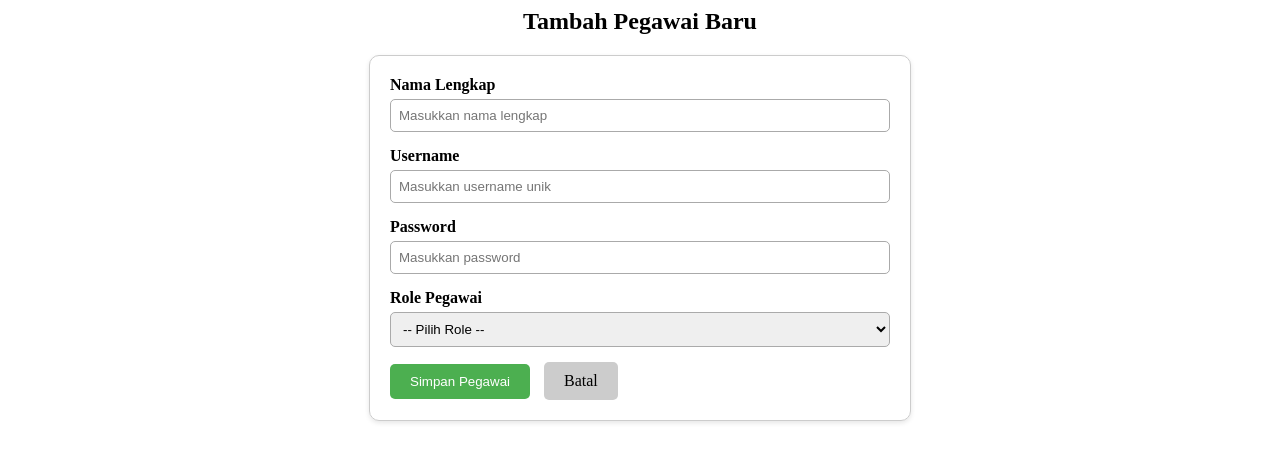
Repository: Fadlan079/FinalProject-RentalMobil
Page: http://localhost/App/Views/components/Pegawai/Admin/user-insert.php
The author's editor kept a copy of each file at every save. The page is drawn from the files as they stood at one save, then again after the next save.
The browser window is 1280 px wide. The pictures show the whole page.
The page is run by PHP 8.4 with error messages shown; the project is at /var/www/html/.

Above is the page before, as saved 2025-11-12 13:23:08.

### App/Views/components/Pegawai/Admin/user-insert.php
<h2 style="text-align:center;">Tambah Pegawai Baru</h2>

<form action="index.php?action=store-pegawai" method="POST"
      style="max-width:500px; margin:auto; border:1px solid #ccc; padding:20px; border-radius:10px; box-shadow:0 2px 5px rgba(0,0,0,0.1);">

    <label for="nama"><b>Nama Lengkap</b></label><br>
    <input type="text" id="nama" name="nama" placeholder="Masukkan nama lengkap"
           required style="width:100%; padding:8px; margin:5px 0 15px 0; border:1px solid #aaa; border-radius:5px;">

    <label for="username"><b>Username</b></label><br>
    <input type="text" id="username" name="username" placeholder="Masukkan username unik"
           required style="width:100%; padding:8px; margin:5px 0 15px 0; border:1px solid #aaa; border-radius:5px;">

    <label for="password"><b>Password</b></label><br>
    <input type="password" id="password" name="password" placeholder="Masukkan password"
           required style="width:100%; padding:8px; margin:5px 0 15px 0; border:1px solid #aaa; border-radius:5px;">

    <label for="role"><b>Role Pegawai</b></label><br>
    <select id="role" name="role" required
            style="width:100%; padding:8px; margin:5px 0 15px 0; border:1px solid #aaa; border-radius:5px;">
        <option value="">-- Pilih Role --</option>
        <option value="admin">Admin</option>
        <option value="cs">Customer Service</option>
    </select>

    <button type="submit"
            style="background-color:#4CAF50; color:white; padding:10px 20px; border:none; border-radius:5px; cursor:pointer;">
        Simpan Pegawai
    </button>

    <a href="index.php?action=list-pegawai"
       style="display:inline-block; margin-left:10px; padding:10px 20px; background-color:#ccc; color:black; border-radius:5px; text-decoration:none;">
       Batal
    </a>
</form>

After the next save:
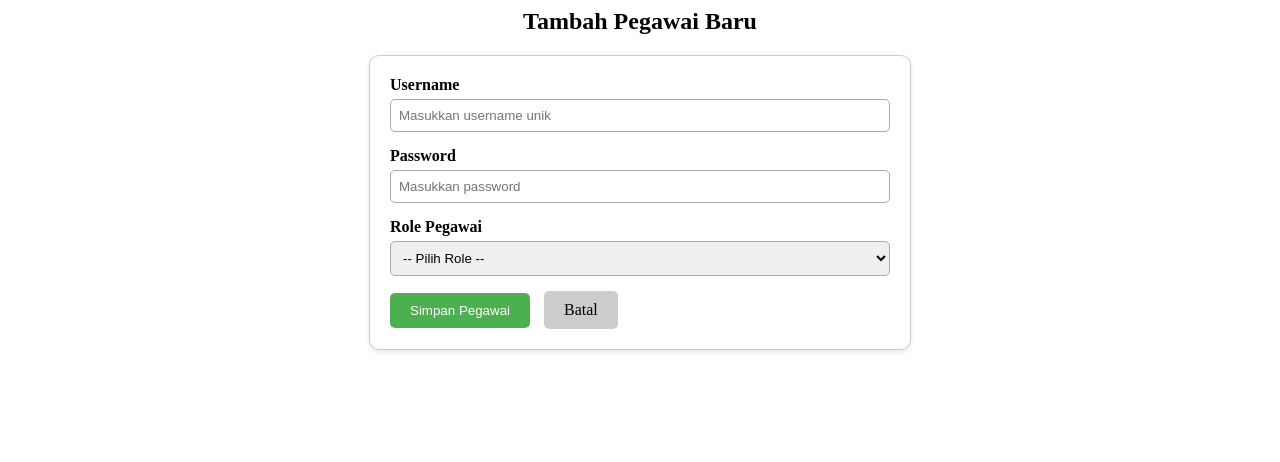
Saved 16 s later.
--- a/App/Views/components/Pegawai/Admin/user-insert.php
+++ b/App/Views/components/Pegawai/Admin/user-insert.php
@@ -2,10 +2,6 @@
 
 <form action="index.php?action=store-pegawai" method="POST"
       style="max-width:500px; margin:auto; border:1px solid #ccc; padding:20px; border-radius:10px; box-shadow:0 2px 5px rgba(0,0,0,0.1);">
-
-    <label for="nama"><b>Nama Lengkap</b></label><br>
-    <input type="text" id="nama" name="nama" placeholder="Masukkan nama lengkap"
-           required style="width:100%; padding:8px; margin:5px 0 15px 0; border:1px solid #aaa; border-radius:5px;">
 
     <label for="username"><b>Username</b></label><br>
     <input type="text" id="username" name="username" placeholder="Masukkan username unik"
